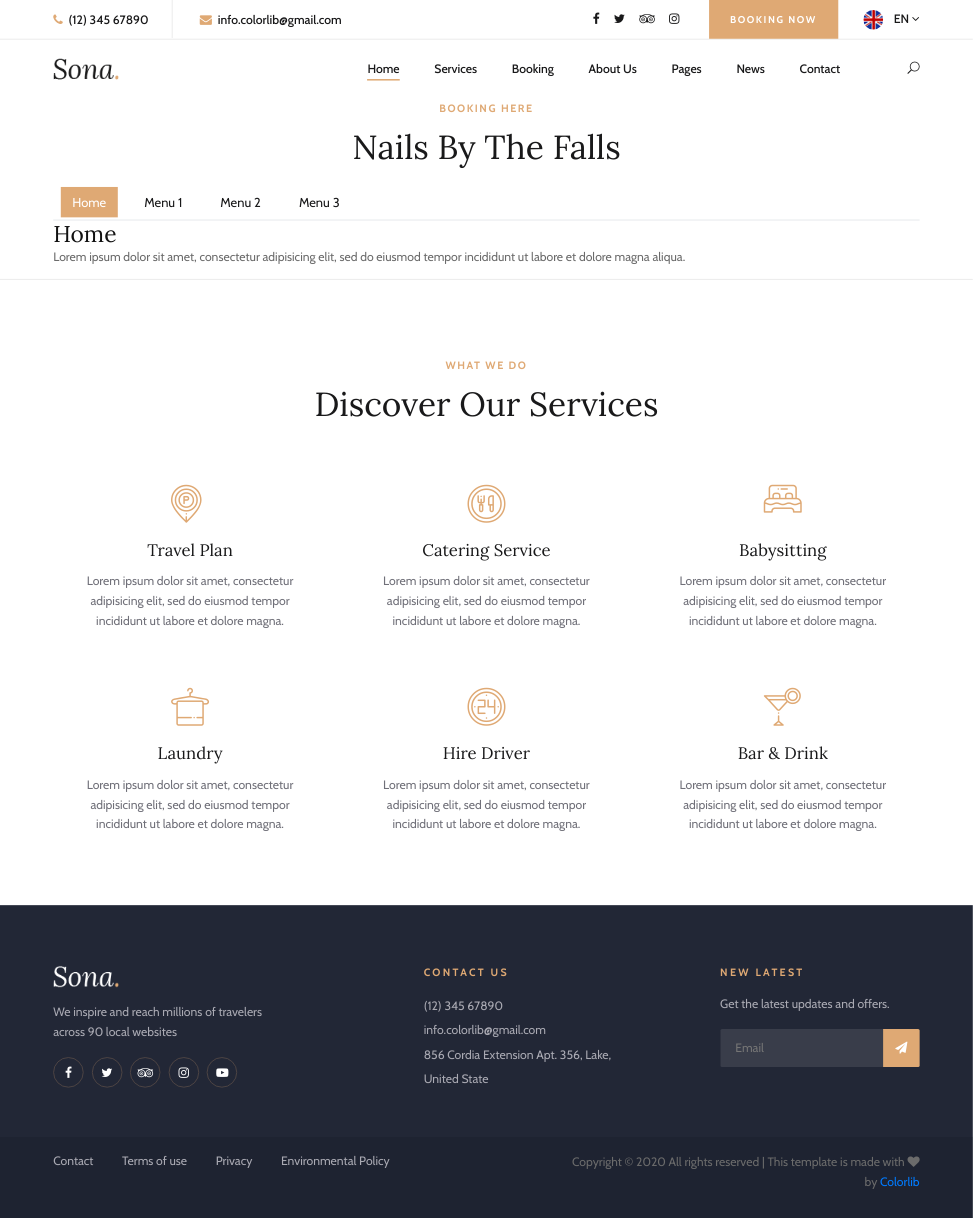
Repository: KeriBoss/Booking_Spa
Page: booking.html
The author's editor kept a copy of each file at every save. The page is drawn from the files as they stood at one save, then again after the next save.
The browser window is 1280 px wide. The pictures show the whole page, at 76% of full size.

Above is the page before, as saved 2023-05-19 15:56:28.

After the next save:
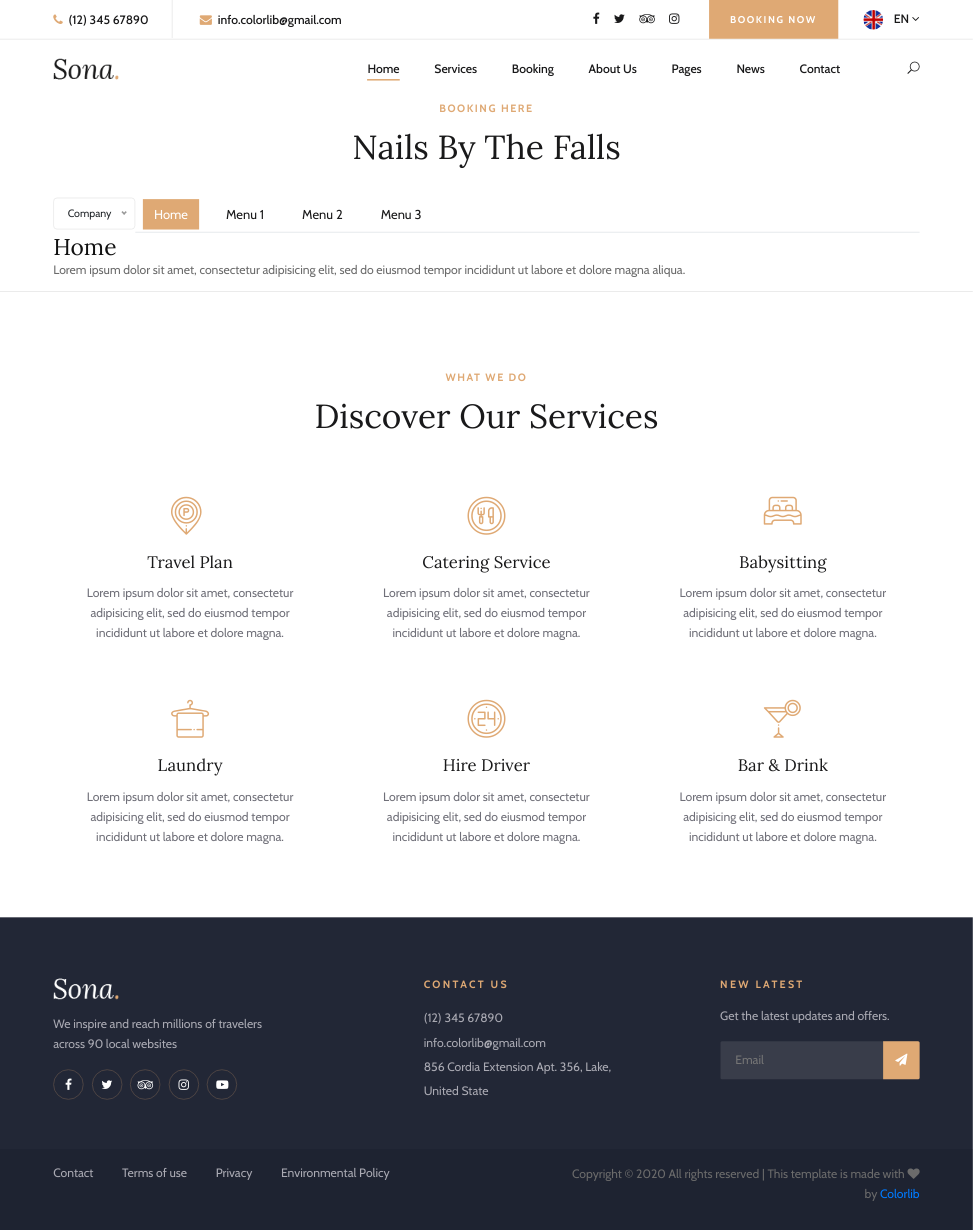
Saved 68 s later.
--- a/booking.html
+++ b/booking.html
@@ -177,6 +177,15 @@
                     </div>
                 </div>
                 <div class="col-lg-12">
+                    <div class="m-auto">
+                        <div class="form-group">
+                            <select name="" id="">
+                                <option value="">Company</option>
+                                <option value="">Company</option>
+                                <option value="">Company</option>
+                            </select>
+                        </div>
+                    </div>
                     <div class="card-booking">
                         <ul class="nav nav-tabs">
                             <li class="active"><a class="active" data-toggle="tab" href="#home">Home</a></li>
